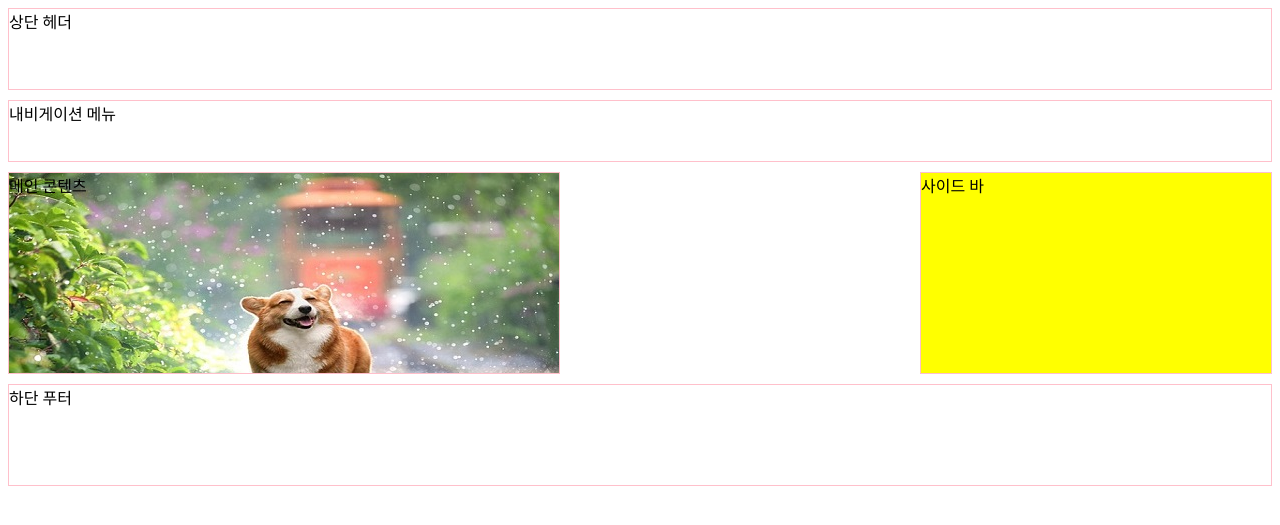
Repository: woosungtae/html_css
Page: pro01/public/woosungtae_1.html
An editor plug-in stored every save of this project. The page is shown before and after the next save, followed by the edit.
The browser window is 1280 px wide. The pictures show the whole page.

Above is the page before, as saved 2022-12-14 05:57:39.

After the next save:
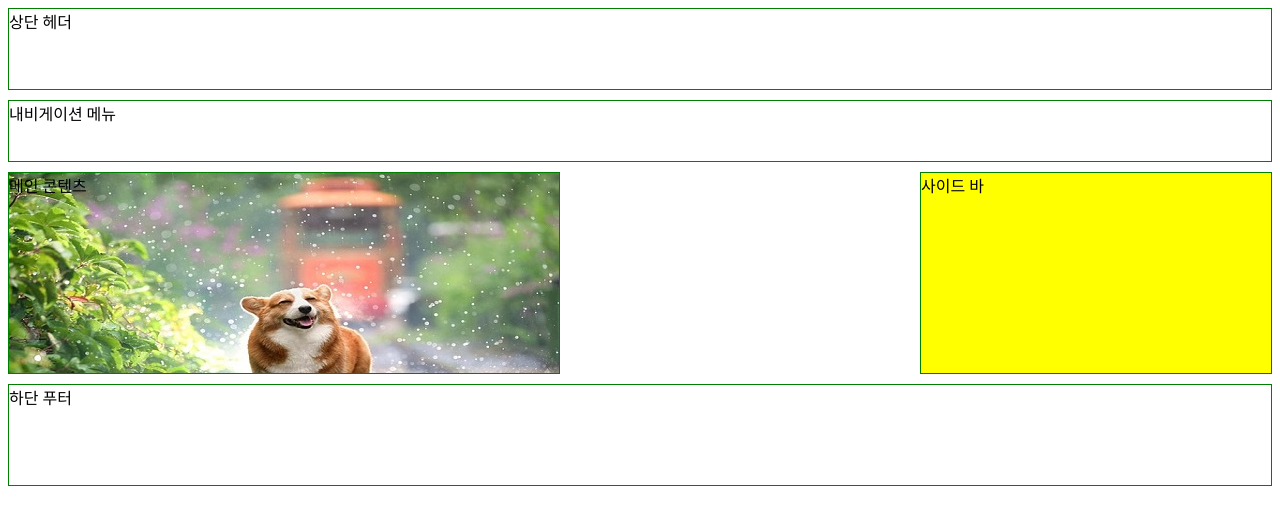
Saved 33 s later.
--- a/pro01/public/woosungtae_1.html
+++ b/pro01/public/woosungtae_1.html
@@ -9,17 +9,17 @@
       margin:1;
     }
     header{
-     border : 1px solid pink;
+     border : 1px solid green;
      height: 80px;
      margin-bottom: 10px;
         }
     nav {
-     border : 1px solid pink;
+     border : 1px solid green;
      height: 60px;
      margin-bottom: 10px;
         }
     section{
-     border: 1px solid pink;
+     border: 1px solid green;
      height: 200px;
      width: 550px;
      float: left;
@@ -29,7 +29,7 @@
              }
 
      aside{
-     border: 1px solid pink;
+     border: 1px solid green;
      height: 200px;
      width: 350px;
      float: right;
@@ -37,7 +37,7 @@
            }
      footer{
       clear: both;
-      border: 1px solid pink;
+      border: 1px solid green;
       height: 100px;
       margin-top: 200px;
        }
